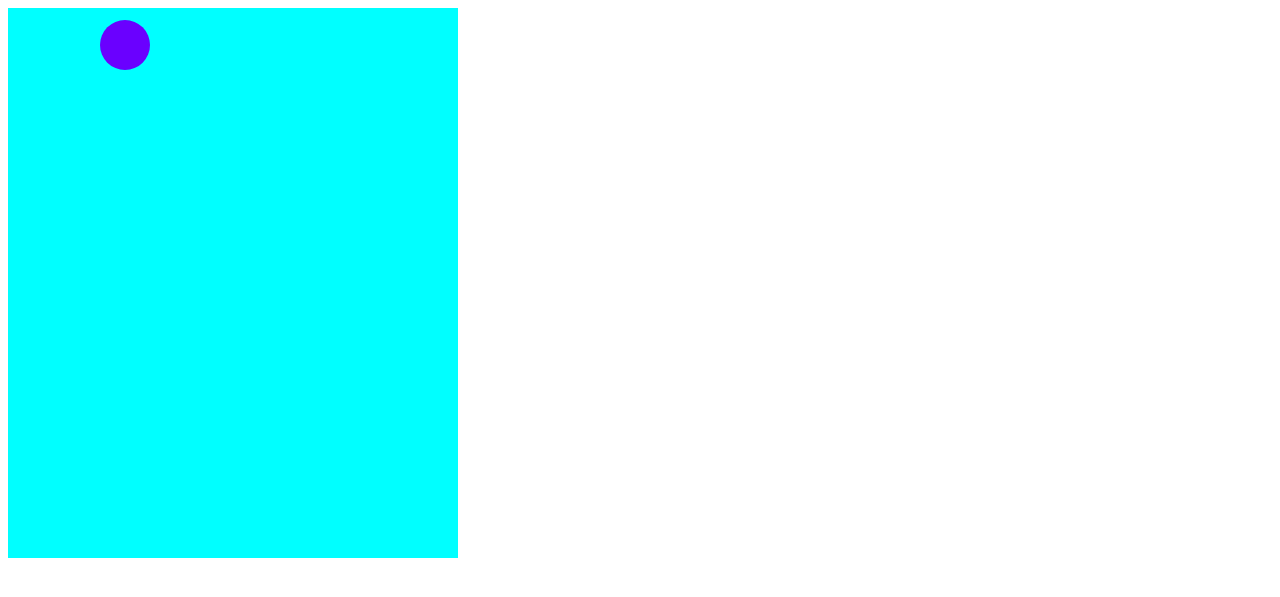
Repository: sara55m/Counter_App
Page: index.html
These files come from the project's save history. The page is drawn as it stood at one moment and after the next save; the edit follows.
The browser window is 1280 px wide. The pictures show the whole page.

Above is the page before, as saved 2024-07-30 01:33:45.

After the next save:
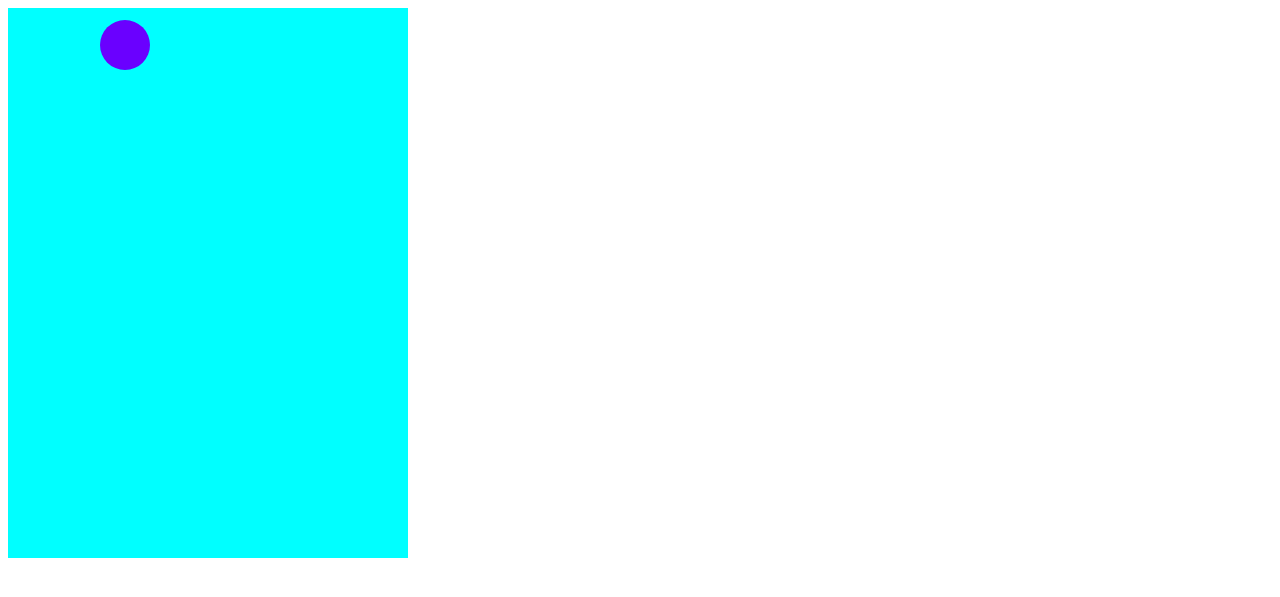
Saved 13 s later.
--- a/css/style.css
+++ b/css/style.css
@@ -1,6 +1,6 @@
 .container{
     height:550px;
-    width:450px;
+    width:400px;
     background-color: aqua;
 }
 
